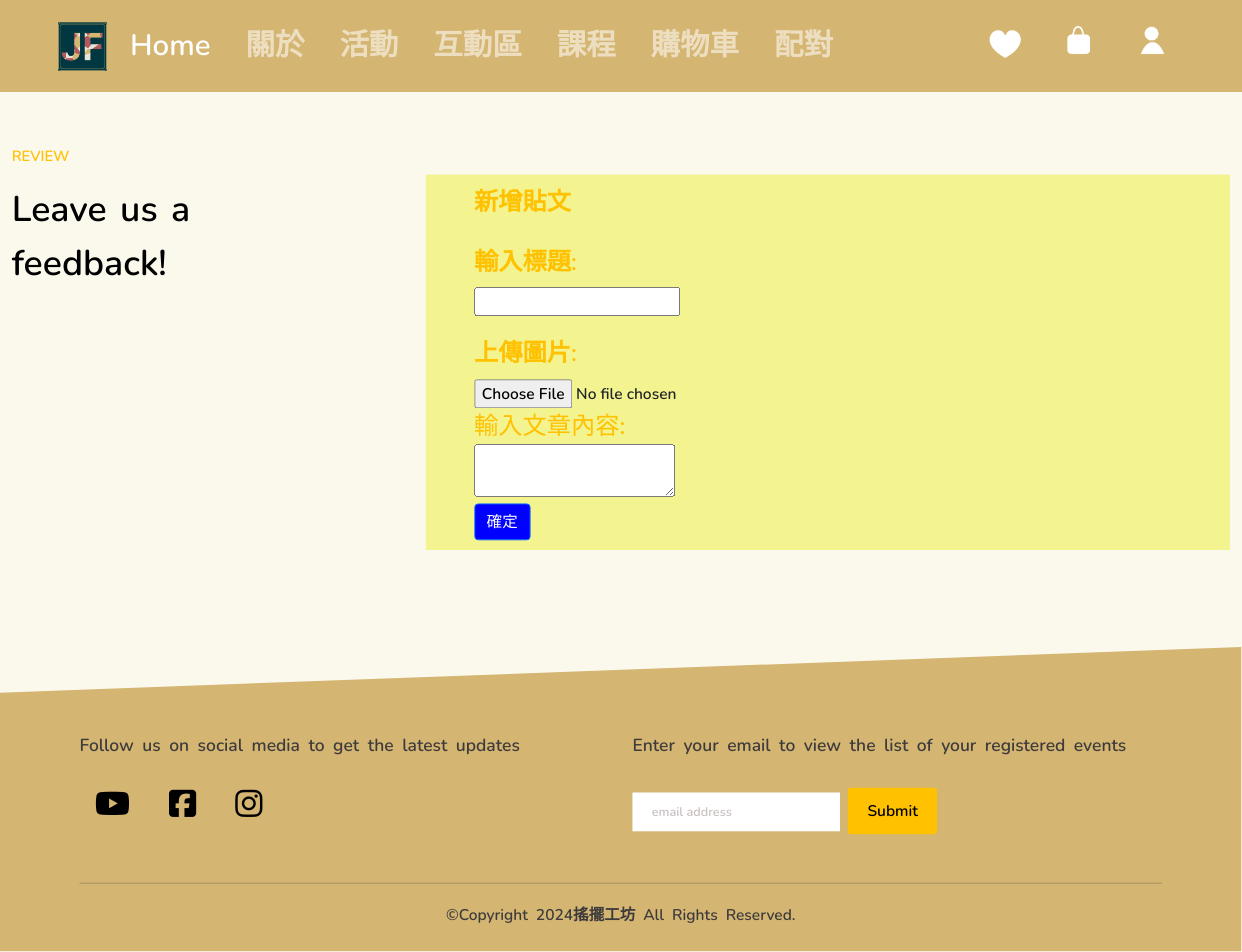
Repository: mmmooonnn0211/project
Page: workspace/demoSpringBoot-1/src/main/resources/static/html/LTInsertFront.html
The author's editor kept a copy of each file at every save. The page is drawn from the files as they stood at one save, then again after the next save.
The browser window is 1280 px wide. The pictures show the whole page, at 97% of full size.
Some web libraries are served in a nearby version.

Above is the page before, as saved 2024-05-09 11:29:54.
Console error: SyntaxError: Unexpected identifier 'tsByName'

After the next save:
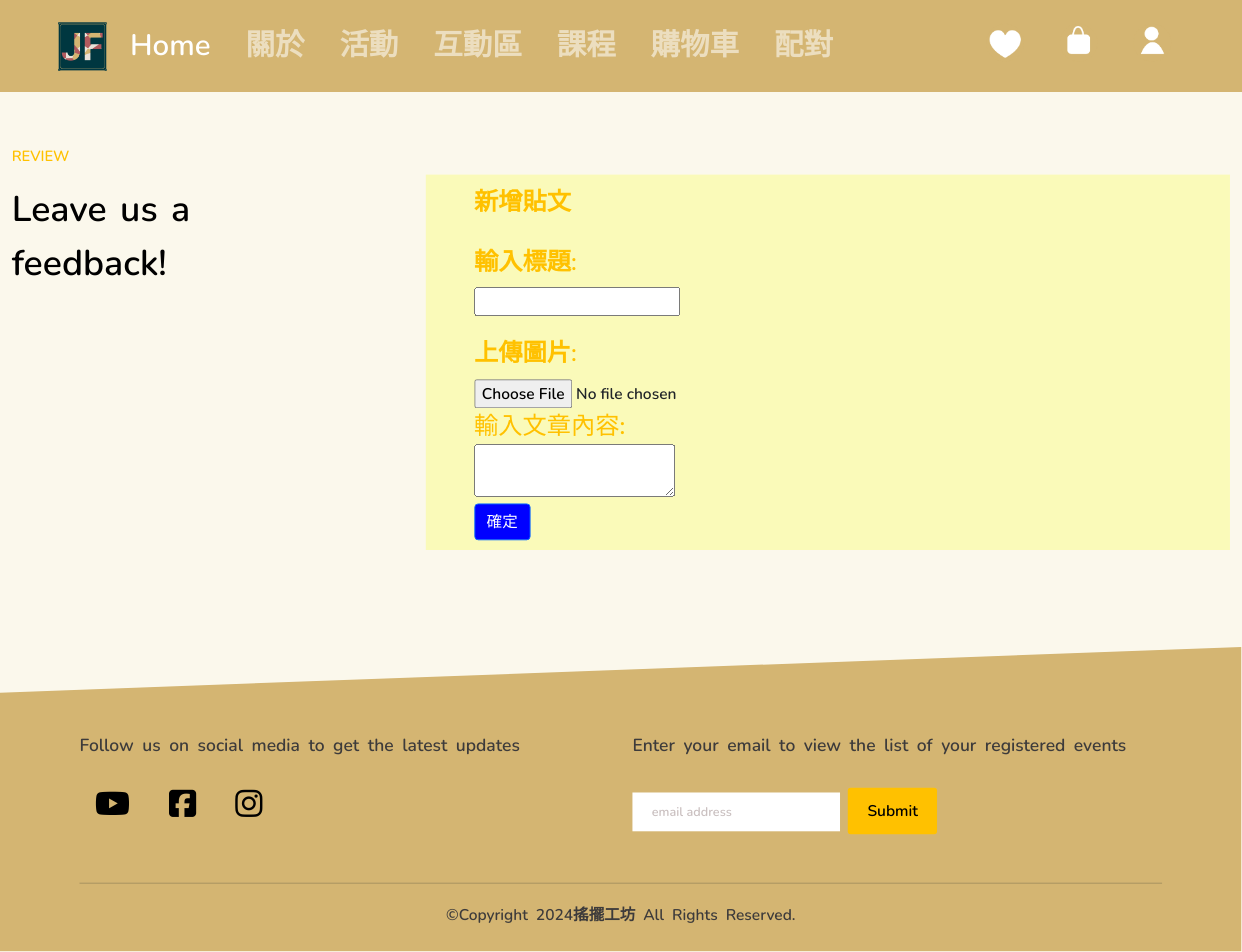
Saved 21 s later.
--- a/workspace/demoSpringBoot-1/src/main/resources/static/html/LTInsertFront.html
+++ b/workspace/demoSpringBoot-1/src/main/resources/static/html/LTInsertFront.html
@@ -50,7 +50,7 @@
 						<p class="feedback">Leave us a <br>feedback!</p>
 					</div>
 					<div class="col-sm-8">
-						<div class="container" id="cards" style="  background-color:rgb(243, 243, 143)">
+						<div class="container" id="cards" style="  background-color:rgb(250, 250, 185)">
 							<div class="" style="margin: auto;">
 								<div id="sugg" class="neon-yellow" style="font-weight: bold; font-size: 25px; ">新增貼文
 								</div>
